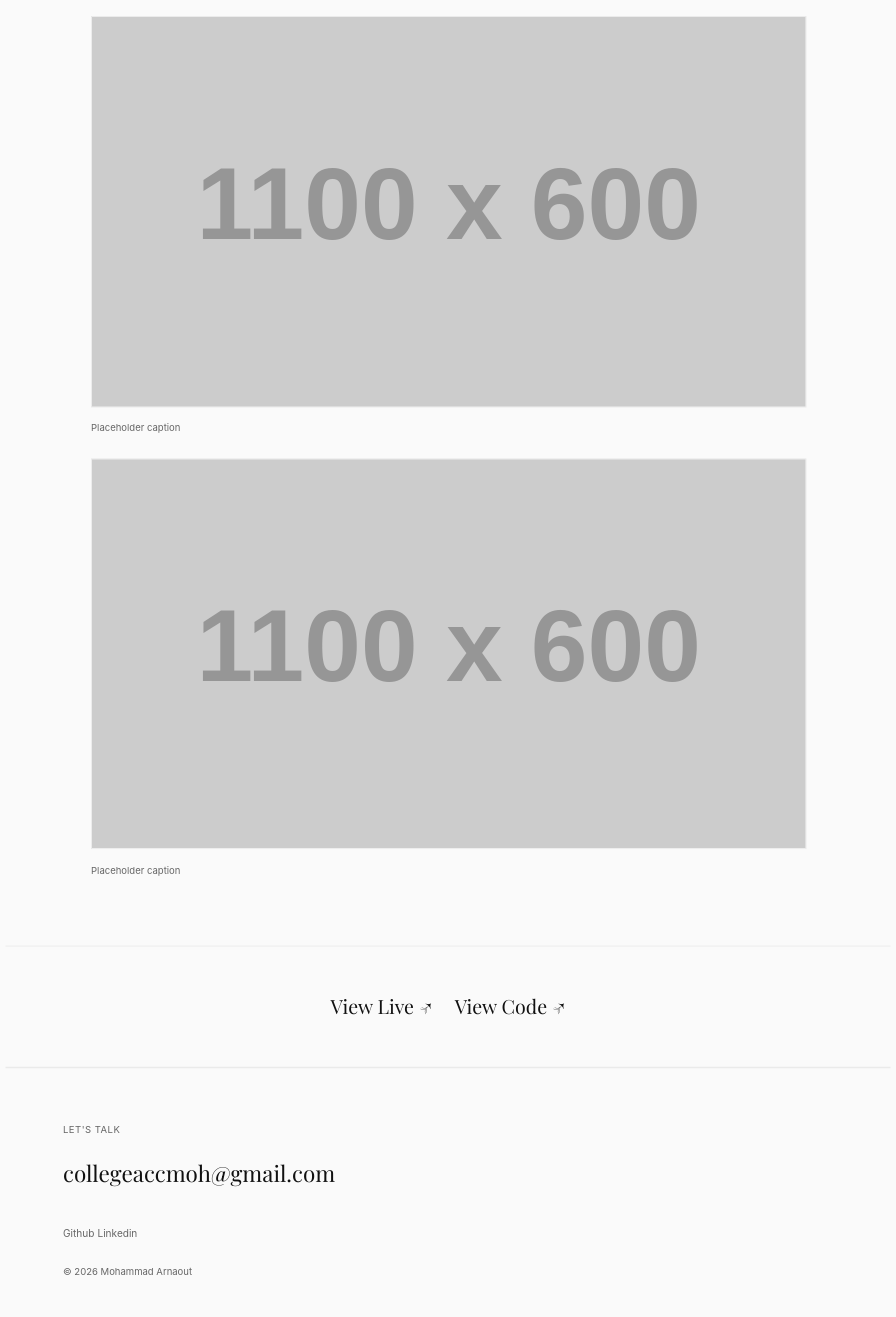
Repository: Moh-Arna/Moh-Arna
Page: project-detail-temp1.html
The author's editor kept a copy of each file at every save. The page is drawn from the files as they stood at one save, then again after the next save.
The browser window is 1280 px wide. The pictures show the part of the page from y = 2200 to 4120 px (the page is 4082 px tall before and 4120 px after), at 70% of full size.
Some web fonts or font styles are not loaded; a fallback is used.

Above is the page before, as saved 2026-05-12 09:08:39.

After the next save:
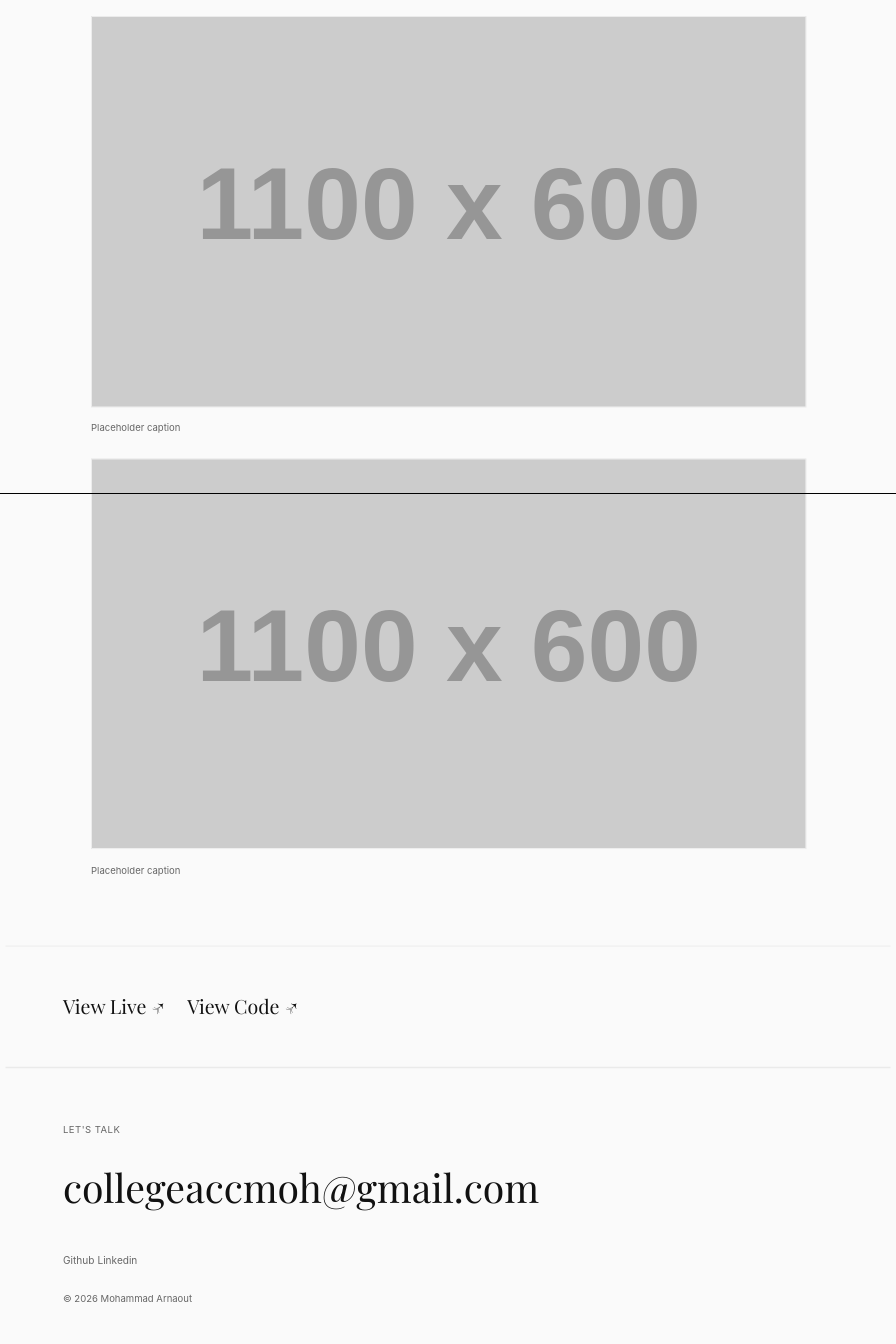
Saved 6 s later.
--- a/styles/project-details.css
+++ b/styles/project-details.css
@@ -108,7 +108,6 @@
 .links {
   padding: 4rem 0;
   border-bottom: 1px solid var(--border);
-  display: flex;
 }
 
 .links .container {
@@ -123,55 +122,6 @@
 
 .external-link:hover {
   font-style: italic;
-}
-
-/* Next project */
-.next-project {
-  padding: 4rem 0;
-}
-
-.next-link {
-  font-family: 'Playfair Display', serif;
-  font-size: 2rem;
-  display: inline-block;
-  margin-top: 1rem;
-}
-
-.next-link:hover {
-  font-style: italic;
-}
-
-#contact{
-    padding: 1rem 0 2;
-    border-top: 1px solid var(--border);
-}
-
-.email{
-    font-family: 'Playfair Display', serif;
-    font-size: 2rem;
-    display:inline-block;
-    margin-bottom: 2rem;
-    word-break: break-word;
-}
-
-.socials{
-    display: flex;
-    gap: 1.5rem;
-    margin-bottom: 2rem;
-}
-
-.socials a{
-    color: var(--muted);
-    font-size: 0.9rem;
-}
-
-.socials a:hover{
-    color: var(--text);
-}
-
-.copyright{
-    color: var(--muted);
-    font-size: 0.85rem;
 }
 
 /* Tablet / Desktop */
@@ -200,8 +150,4 @@
   .external-link {
     font-size: 1.75rem;
   }
-
-  .next-link {
-    font-size: 3.5rem;
-  }
 }
